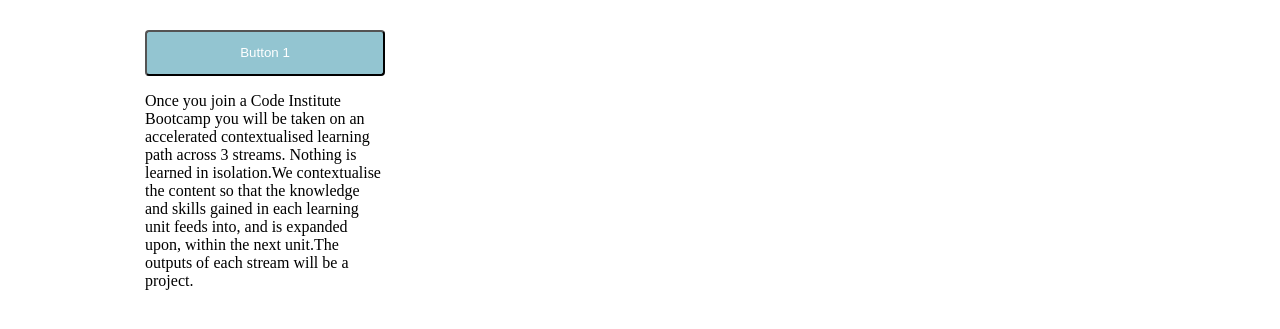
Repository: LiamB123/jQuery-Mini-Events
Page: button.html
The author's editor kept a record of every edit. The page is drawn from the files as they stood at one moment, then again after the next edit.
The browser window is 1280 px wide. The pictures show the whole page.
Some web libraries are served in a nearby version.

Above is the page before.
Console error: SyntaxError: Invalid or unexpected token

### button.html
<!doctype html>
<html lang="en">
<head>
	<meta charset="utf-8">
	<meta name="viewport" content="width=device-width, initial-scale=1">
	<title>jQuery</title>
	<link href="css/style.css" rel="stylesheet">
</head>
<body>
	<div id="container">
		<div class='card'>
<button class="bottom_button makeRed">Button 1</button>
			<p id='para1' class="card_para">Once you join a Code Institute Bootcamp you will be taken on an accelerated contextualised learning path across 3 streams. Nothing is learned in isolation.We contextualise the content so that the knowledge and skills gained in each learning unit feeds into, and is expanded upon, within the next unit.The outputs of each stream will be a project. </p>
		</div>
	</div>
	<script src="https://code.jquery.com/jquery-3.2.1.js"
	integrity="sha256-DZAnKJ/6XZ9si04Hgrsxu/8s717jcIzLy3oi35EouyE="
	crossorigin="anonymous"></script>
	<script src="js/script.js"></script> <!-- Scripts located at the bottom of the body to insure page is fully loaded before execution -->

</body>
</html>

### style.css
#container
{
	display: flex		/* makes container a flexbox*/
	flex-flow: row wrap; 	/* layout the boxes in rows and wrap them*/
	box-sizing:border-box;
	margin-right:auto;
	margin-left:auto;
	max-width:1050px;
}
.bottom_button{
	display: flex;
	box-sizing:border-box;
	border-radius: 4px;
	display: block;
	width: 100%;
	background-color:rgba(129, 187, 201,.85);
	text-align: center;
	padding: 1em .75em;
	text-decoration: none;
	color: #fff;

}
.
.card_bottom{
	display: flex;
	flex-flow:column;
}

.card{
	flex:1; /* */
	display: flex;	/* make the contents controllable by flexbox*/
	flex-flow:column;	/* */
	max-width: 240px; /**/
	margin: 10px;
	padding: 20px;
	background-color: #fff;
}

.myButton{
    color:red;
    background-color: red;

}


/*************************
Navigation
**************************/


.underline{
  text-decoration:underline;
}
.border{
  border: solid 5px #ccc;
}

### script.js
$(document).ready(function() {
 //
 // add your jQuery code here
 @(document).mouseenter(function(){
  $("button").mouseenter(removeClass('makeRed').addClass('makeBorder'))
   $("button").mouseleave(removeClass('makeBorder').addClass('makeRed'))

 }


});

After the next edit:
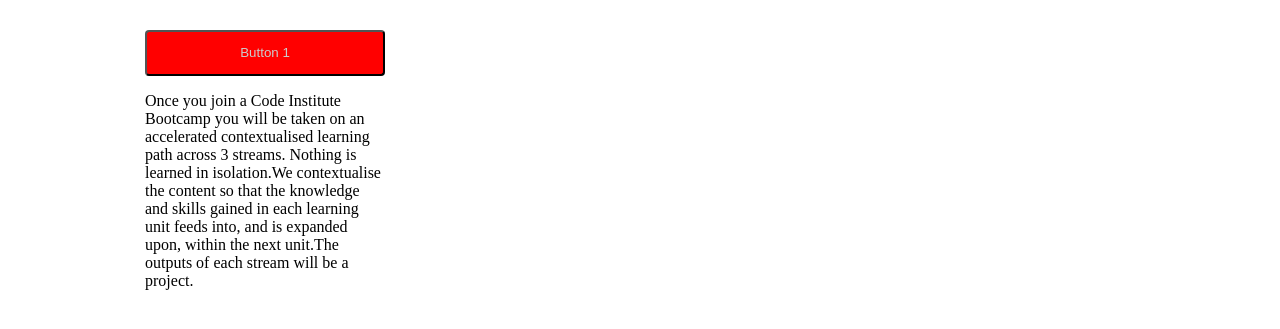
The edit:
--- a/style.css
+++ b/style.css
@@ -36,8 +36,8 @@
 	background-color: #fff;
 }
 
-.myButton{
-    color:red;
+.makeRed{
+    color:#ccc;
     background-color: red;
 
 }
